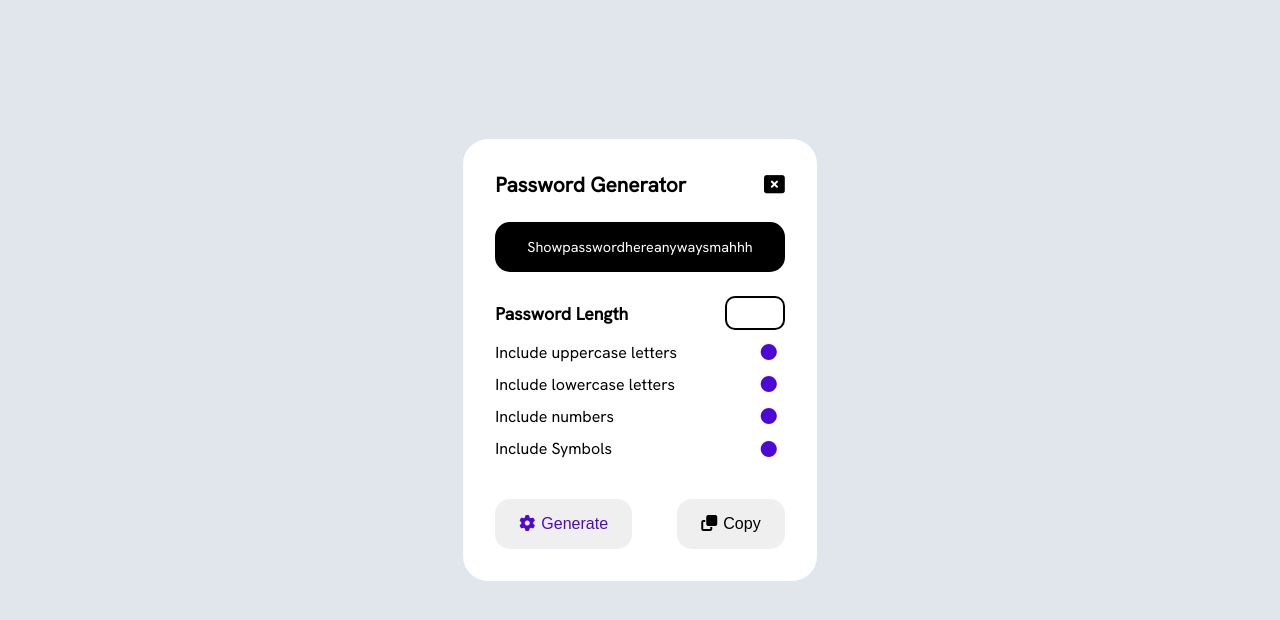
Repository: emiliaiwu/password_generator
Page: index.html
These files come from the project's save history. The page is drawn as it stood at one moment and after the next save; the edit follows.
The browser window is 1280 px wide. The pictures show the whole page.
Some web libraries are served in a nearby version.

Above is the page before, as saved 2022-12-14 04:46:42.

### index.html
<!DOCTYPE html>
<html lang="en">
<head>
    <meta charset="UTF-8">
    <meta http-equiv="X-UA-Compatible" content="IE=edge">
    <meta name="viewport" content="width=device-width, initial-scale=1.0">
    <link rel="stylesheet" href="style.css">
    <script src="https://kit.fontawesome.com/fd9c36575f.js" crossorigin="anonymous"></script>
    <title>Password Generator</title>
</head>
<body>
    <div class="container">
        <div class="title">
            <h2>Password Generator</h2>
            <i class="fa-solid fa-rectangle-xmark"></i>
        </div>

        <div class="display_password">
            <p>Showpasswordhereanywaysmahhh</p>
        </div>

        <div class="password_attributes">
            <div class="password_length">
                <h3>Password Length</h3>
                <input type="text">
            </div>

            <div class="password_includes">
                <ul>
                    <li class="list">
                        <label for="uppercase" id="uppercase_letters">Include uppercase letters
                            <i class="fa-solid fa-circle"></i>
                            <i class="fa-solid fa-circle-check"></i>
                            <input type="checkbox" name="uppercase" id="uppercase" class="uppercase">
                        </label>
                    </li>
                    <li class="list">
                        <label for="lowercase" id="lowercase_letters">Include lowercase letters
                            <i class="fa-solid fa-circle"></i>
                            <i class="fa-solid fa-circle-check"></i>
                            <input type="checkbox" name="lowercase" id="lowercase" class="lowercase">
                        </label>
                    </li>
                    <li class="list">
                        <label for="numbers" id="include_numbers">Include numbers
                            <i class="fa-solid fa-circle"></i>
                            <i class="fa-solid fa-circle-check"></i>
                            <input type="checkbox" name="numbers" id="numbers" class="numbers">
                        </label>

                    </li>
                    <li class="list">
                        <label for="symbols" id="include_symbols">Include Symbols
                            <i class="fa-solid fa-circle"></i>
                            <i class="fa-solid fa-circle-check"></i>
                            <input type="checkbox" name="symbols" id="symbols" class="symbols">
                        </label>

                    </li>
                </ul>
            </div>
        </div>

        <div class="cta">
            <button class="btn generate"><i class="fa-solid fa-gear"></i>Generate</button>
            <button class="btn copy"><i class="fa-solid fa-clone"></i>Copy</button>
        </div>
    </div>
</body>
</html>

### style.css
@import url('https://fonts.googleapis.com/css2?family=Hanken+Grotesk:wght@300;400&display=swap');


* {
    margin: 0;
    padding: 0;
    box-sizing: border-box;
    list-style-type: none;
}


:root {
    --BG-COLOR: #fff;
    --BG-COLOR2:
}


body {
    width: 100vw;
    height: 100vh;
    font-family: 'Hanken Grotesk', sans-serif;
    display: flex;
    align-items: center;
    justify-content: center;
    color: #000;
    background-color: rgb(224, 230, 236);
}

.container {
    background-color: var(--BG-COLOR);
    display: flex;
    flex-direction: column;
    align-items: left;
    justify-content: space-between;
    gap: 1.5rem;
    padding: 2rem;
    border-radius: 25px;

}

h2 {
   font-size: 1.3rem;
   font-family: inherit;
}

h3 {
    font-size: 1.1rem;
    font-family: inherit;
}

.title,
label,
.password_length,
.cta {
    display: flex;
    align-items: center;
    justify-content: space-between;
}

.fa-rectangle-xmark {
    font-size: 1.3rem;
}

.display_password {
    padding: 1rem 2rem;
    border-radius: 15px;
    background: #000000;
    color: #fff;
    overflow: hidden;
}

.display_password p {
    font-size: .9rem;
    word-wrap: break-word;
}

.password_length input[type="text"] {
    width: 60px;
    padding: .3rem .7rem;
    font-size: 1.1rem;
    border: 2px solid #000;
    border-radius: 10px;
}

.password_length input[type="text"]:focus {
    outline: none;
}

.list {
    margin-top: .7rem;

}

.list input[type="checkbox"] {
    /* width: 20px; */
    padding: 1rem;

}

label {
     position: relative;
}

.list .fa-solid {
    position: absolute;
    top: 50%;
    right: 0;
    transform: translate(-50%, -50%);
}

.fa-circle {
    color: #4d08d8;
}

.fa-circle-check{
    opacity: 0;
}

.list input {
    opacity: 0;
}


.btn {
    margin-top: 1rem;
    padding: 1rem 1.5rem;
    font-size: 1rem;
    border: none;
    border-radius: 15px;

}

.generate {
    color:#4d08d8;
}

.btn .fa-solid {
    margin-right: 6px;
}

After the next save:
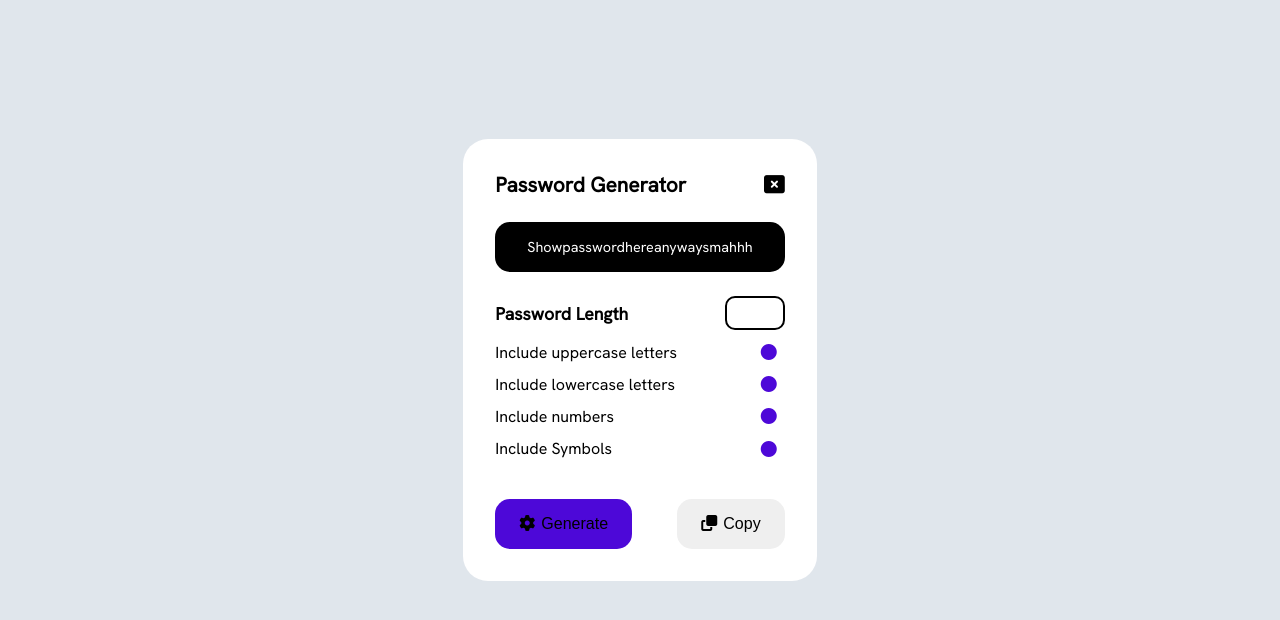
Saved 6 s later.
--- a/style.css
+++ b/style.css
@@ -131,7 +131,7 @@ label {
 }
 
 .generate {
-    color:#4d08d8;
+    background-color:#4d08d8;
 }
 
 .btn .fa-solid {
